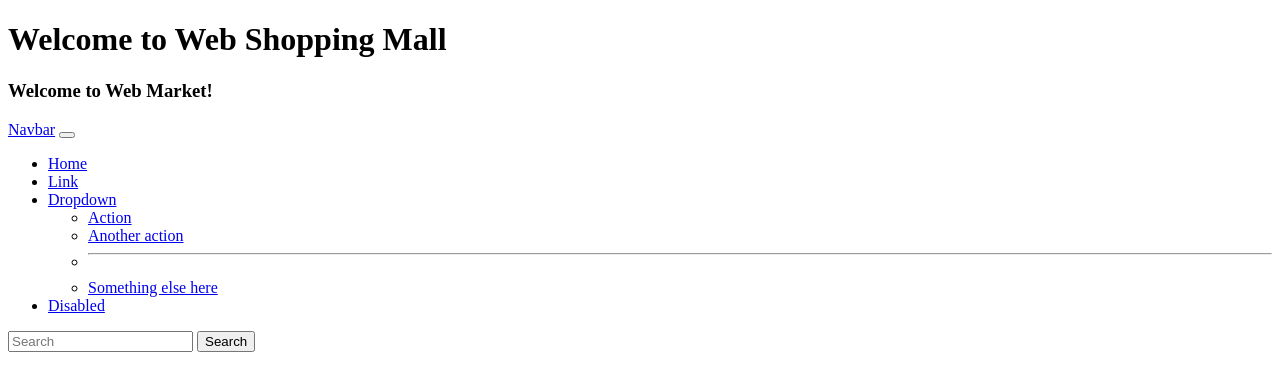
Repository: CheolHo-0428/JSP-Web-Programming
Page: http://localhost/WebMarket/welcome.jsp
These files come from the project's save history. The page is drawn as it stood at one moment and after the next save; the edit follows.
The browser window is 1280 px wide. The pictures show the whole page.
The page is served by Tomcat 9. Other server files are loaded and not shown.

Above is the page before, as saved 2021-05-06 14:31:17.

### WebMarket/src/main/webapp/welcome.jsp
<%@ page language="java" contentType="text/html; charset=UTF-8"
    pageEncoding="UTF-8"%>
<!DOCTYPE html>
<html>
<head>
<meta charset="UTF-8">
<title>Welcome</title>
</head>
<body>
	<%
		String greeting = "Welcome to Web Shopping Mall";
		String tagline = "Welcome to Web Market!";
	%>
	<h1><%= greeting %></h1>
	<h3><%= tagline %></h3>

	<nav class="navbar navbar-expand-lg navbar-light bg-light">
  <div class="container-fluid">
    <a class="navbar-brand" href="#">Navbar</a>
    <button class="navbar-toggler" type="button" data-bs-toggle="collapse" data-bs-target="#navbarSupportedContent" aria-controls="navbarSupportedContent" aria-expanded="false" aria-label="Toggle navigation">
      <span class="navbar-toggler-icon"></span>
    </button>
    <div class="collapse navbar-collapse" id="navbarSupportedContent">
      <ul class="navbar-nav me-auto mb-2 mb-lg-0">
        <li class="nav-item">
          <a class="nav-link active" aria-current="page" href="#">Home</a>
        </li>
        <li class="nav-item">
          <a class="nav-link" href="#">Link</a>
        </li>
        <li class="nav-item dropdown">
          <a class="nav-link dropdown-toggle" href="#" id="navbarDropdown" role="button" data-bs-toggle="dropdown" aria-expanded="false">
            Dropdown
          </a>
          <ul class="dropdown-menu" aria-labelledby="navbarDropdown">
            <li><a class="dropdown-item" href="#">Action</a></li>
            <li><a class="dropdown-item" href="#">Another action</a></li>
            <li><hr class="dropdown-divider"></li>
            <li><a class="dropdown-item" href="#">Something else here</a></li>
          </ul>
        </li>
        <li class="nav-item">
          <a class="nav-link disabled" href="#" tabindex="-1" aria-disabled="true">Disabled</a>
        </li>
      </ul>
      <form class="d-flex">
        <input class="form-control me-2" type="search" placeholder="Search" aria-label="Search">
        <button class="btn btn-outline-success" type="submit">Search</button>
      </form>
    </div>
  </div>
</nav>
</body>
</html>

After the next save:
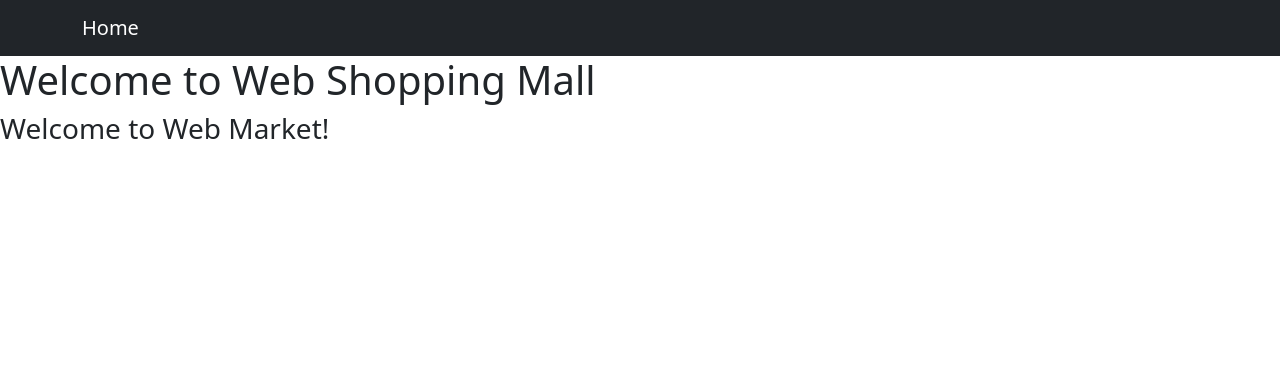
Saved 8 min 41 s later.
--- a/WebMarket/src/main/webapp/welcome.jsp
+++ b/WebMarket/src/main/webapp/welcome.jsp
@@ -6,7 +6,16 @@
 <meta charset="UTF-8">
 <title>Welcome</title>
 </head>
+<!-- Bootstrap CSS -->
+    <link href="https://cdn.jsdelivr.net/npm/bootstrap@5.0.0/dist/css/bootstrap.min.css"
+    	rel="stylesheet">
 <body>
+	<nav class="navbar navbar-expand navbar-dark bg-dark">
+		<div class="container">
+			<a class = "navbar-brand" href="./welcome.jsp">Home</a>
+		</div>
+	</nav>
+
 	<%
 		String greeting = "Welcome to Web Shopping Mall";
 		String tagline = "Welcome to Web Market!";
@@ -14,41 +23,6 @@
 	<h1><%= greeting %></h1>
 	<h3><%= tagline %></h3>
 
-	<nav class="navbar navbar-expand-lg navbar-light bg-light">
-  <div class="container-fluid">
-    <a class="navbar-brand" href="#">Navbar</a>
-    <button class="navbar-toggler" type="button" data-bs-toggle="collapse" data-bs-target="#navbarSupportedContent" aria-controls="navbarSupportedContent" aria-expanded="false" aria-label="Toggle navigation">
-      <span class="navbar-toggler-icon"></span>
-    </button>
-    <div class="collapse navbar-collapse" id="navbarSupportedContent">
-      <ul class="navbar-nav me-auto mb-2 mb-lg-0">
-        <li class="nav-item">
-          <a class="nav-link active" aria-current="page" href="#">Home</a>
-        </li>
-        <li class="nav-item">
-          <a class="nav-link" href="#">Link</a>
-        </li>
-        <li class="nav-item dropdown">
-          <a class="nav-link dropdown-toggle" href="#" id="navbarDropdown" role="button" data-bs-toggle="dropdown" aria-expanded="false">
-            Dropdown
-          </a>
-          <ul class="dropdown-menu" aria-labelledby="navbarDropdown">
-            <li><a class="dropdown-item" href="#">Action</a></li>
-            <li><a class="dropdown-item" href="#">Another action</a></li>
-            <li><hr class="dropdown-divider"></li>
-            <li><a class="dropdown-item" href="#">Something else here</a></li>
-          </ul>
-        </li>
-        <li class="nav-item">
-          <a class="nav-link disabled" href="#" tabindex="-1" aria-disabled="true">Disabled</a>
-        </li>
-      </ul>
-      <form class="d-flex">
-        <input class="form-control me-2" type="search" placeholder="Search" aria-label="Search">
-        <button class="btn btn-outline-success" type="submit">Search</button>
-      </form>
-    </div>
-  </div>
-</nav>
+
 </body>
 </html>
